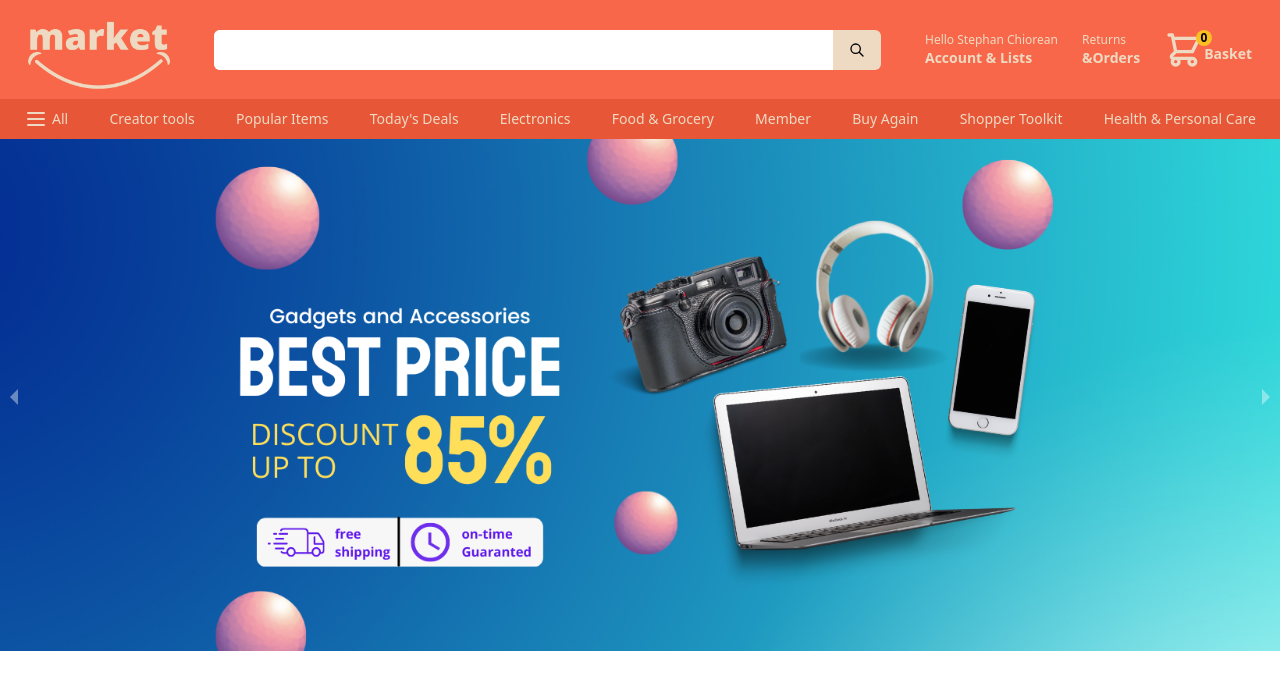
Repository: stephan-chiorean/marketplace-app
Page: /
The author's editor kept a copy of each file at every save. The page is drawn from the files as they stood at one save, then again after the next save.
The browser window is 1280 px wide. The pictures show the whole page.
The project was rebuilt for these pictures with package versions that can differ from the ones it lists, and the page was loaded fresh each time. A package was used in the major version that the imports need, not the one package.json lists. The framework's server and built-in components were replaced by stand-ins that run in the browser. Also part of the build but not shown: next.config.js.

Above is the page before, as saved 2023-03-12 14:25:16.

### src/pages/index.js
import Head from "next/head";
import Header from "../components/Header";
import Banner from "../components/Banner";
export default function Home() {
  return (
    <div className="bg-marketplace">
      <Head>
        <title>Amazon 2.0</title>
      </Head>

      <Header/>
      <main className="max-w-screen-2xl mx-auto">
        {/* Banner */}
        <Banner/>

        {/* ProductFeed */}
      </main>
    </div>
  );
}

### src/styles/globals.css
@tailwind base;
@tailwind components;
@tailwind utilities;

@layer components {
    .link {
        @apply cursor-pointer hover:underline
    }
}

### src/components/Header.js
import React from 'react';
import Image from 'next/image';
import {
  MenuIcon,
  SearchIcon,
  ShoppingCartIcon,
} from '@heroicons/react/outline';

function Header() {
  return (
    <header>
      <div className='flex items-center bg-marketplace p-1 flex-grow py-2'>
        <div className='mt-2 flex items-center flex-grow sm:flex-grow-0'>
          <Image
            src='/images/logo.png'
            width={150}
            height={40}
            objectFit='contain'
            className='cursor-pointer mx-5'
          />
        </div>
        {/* search */}
        <div className='hidden sm:flex items-center h-10 rounded-md flex-grow cursor-pointer bg-[#EEDAC2] hover:bg-[#e4c7a4] mx-5'>
          <input
            className='p-2 h-full w-6 flex-grow flex-shrink rounded-l-md focus:outline-none px-4'
            type='text'
          />
          <SearchIcon className='h-12 p-4' />
        </div>
        {/* Right */}
        <div className='text-[#EEDAC2] flex items-center text-xs space-x-6 mx-6 whitespace-nowrap'>
          <div className='link'>
            <p>Hello Stephan Chiorean</p>
            <p className='font-extrabold md:text-sm'>Account & Lists</p>
          </div>
          <div className='link'>
            <p>Returns</p>
            <p className='font-extrabold md:text-sm'>&Orders</p>
          </div>
          <div className='relative link flex items-center'>
            <span className='absolute top-0 right-0 md:right-10 h-4 w-4 bg-yellow-400 text-center rounded-full text-black font-bold'>
              0
            </span>
            <ShoppingCartIcon className='h-10' />
            <p className='hidden md:inline font-extrabold md:text-sm mt-2'>
              Basket
            </p>
          </div>
        </div>
      </div>
      {/* Bottom nav */}
      <div className='flex p-2 px-6 justify-between items-center bg-marketplace-darky text-marketplace-light text-sm'>
        <p className='link flex items-center'>
          <MenuIcon className='h-6 mr-1' />
          All
        </p>
        <p className="link">Creator tools</p>
        <p className="link">Popular Items</p>
        <p className="link">Today's Deals</p>
        <p className="link hidden lg:inline-flex">Electronics</p>
        <p className="link hidden lg:inline-flex">Food & Grocery</p>
        <p className="link hidden lg:inline-flex">Member</p>
        <p className="link hidden lg:inline-flex">Buy Again</p>
        <p className="link hidden lg:inline-flex">Shopper Toolkit</p>
        <p className="link hidden lg:inline-flex">Health & Personal Care</p>

      </div>
    </header>
  );
}

export default Header;

### src/components/Banner.js
import React from 'react';
import { Carousel } from 'react-responsive-carousel';
import Banner1 from "public/images/banner1.png";
import Banner2 from "public/images/banner2.png";
import Banner3 from "public/images/banner3.png";
import "react-responsive-carousel/lib/styles/carousel.min.css";

function Banner() {
  return (
    <div className='relative'>
      <Carousel
        autoPlay={true}
        infiniteLoop={true}
        showStatus={false}
        showIndicators={false}
        showThumbs={false}
        interval={10000}
      >
        <div>
          <img loading='lazy' src={Banner1.src} />
        </div>
        <div>
          <img loading='lazy' src={Banner2.src} />
        </div>
        <div>
          <img loading='lazy' src={Banner3.src} />
        </div>
      </Carousel>
    </div>
  );
}

export default Banner;

### tailwind.config.js
module.exports = {
    mode: "jit",
    purge: [
      "./src/pages/**/*.{js,ts,jsx,tsx}",
      "./src/components/**/*.{js,ts,jsx,tsx}",
    ],
    darkMode: false, // or 'media' or 'class'
    theme: {
      extend: {
        colors: {
          amazon_blue: {
            light: "#232F3E",
            DEFAULT: "#131921",
          },
          marketplace: {
            DEFAULT: "#F86749",
            darky:"#E85638",
            light: "#EEDAC2",
          }
        },
      },
    },
    variants: {
      extend: {},
    },
    plugins: [require("@tailwindcss/line-clamp")],
  };

Loaded but not shown: src/pages/_app.js (common file); src/pages/_document.js (common file)

After the next save:
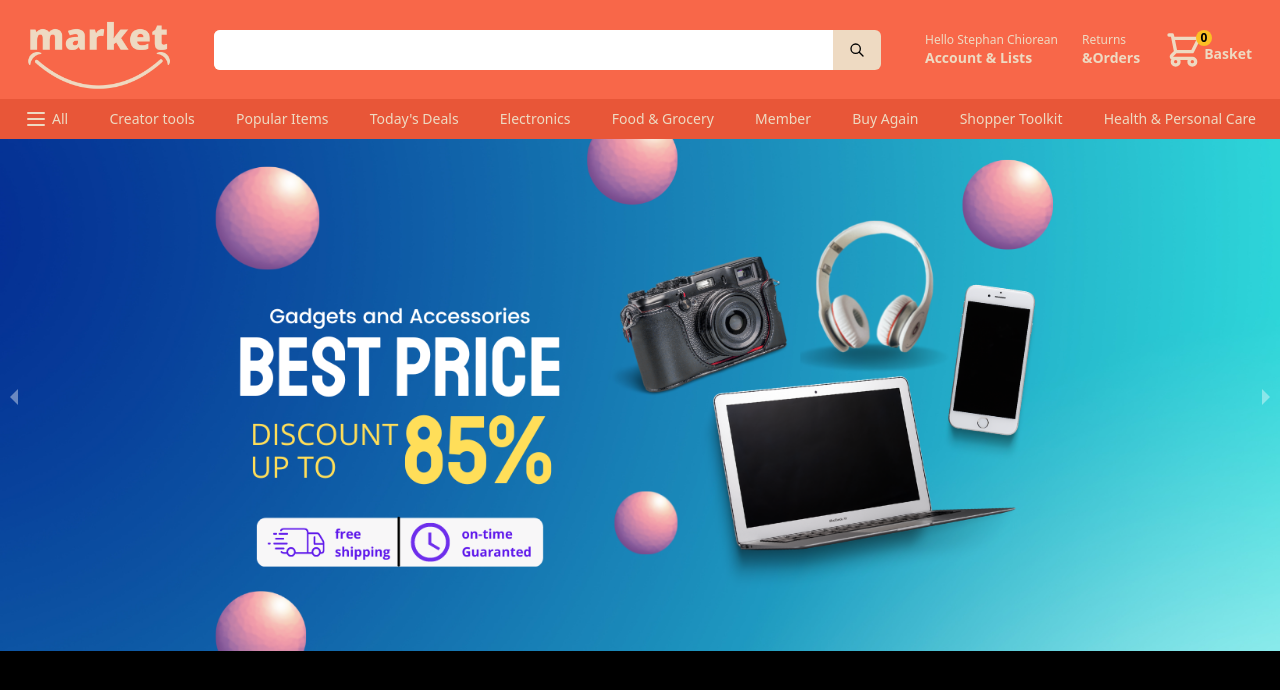
Saved 49 s later.
--- a/src/pages/index.js
+++ b/src/pages/index.js
@@ -3,7 +3,7 @@
 import Banner from "../components/Banner";
 export default function Home() {
   return (
-    <div className="bg-marketplace">
+    <div className="h-screen bg-black">
       <Head>
         <title>Amazon 2.0</title>
       </Head>
